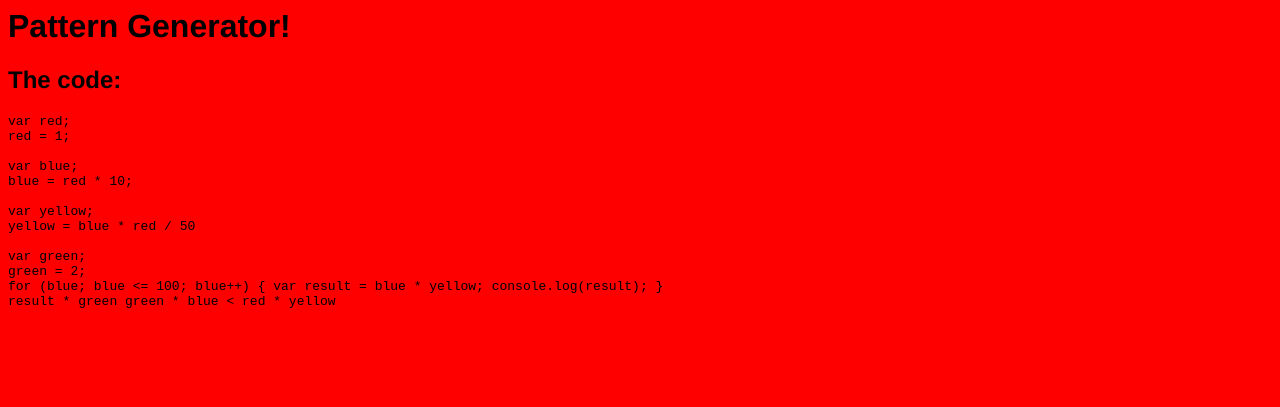
Repository: simonekurtz/simonekurtz.github.io
Page: 4ASGN_JAVA1/index.html
The author's editor kept a record of every edit. The page is drawn from the files as they stood at one moment, then again after the next edit.
The browser window is 1280 px wide. The pictures show the whole page.

Above is the page before.

### 4ASGN_JAVA1/index.html
<html>
    <head>
       <title>Pattern Generator!</title>
         <link rel="stylesheet" href="styles.css" href="pattern.js">
    </head>
    <body>
        <h1>Pattern Generator!</h1>
        <h2>The code:</h2>
        <p>
            <code>
                var red; <br>
                red = 1;
            <br>
            <br>
                var blue;<br>
                blue = red * 10;
            <br>
            <br>
                var yellow;<br>
                yellow = blue * red / 50
            <br>
            <br>
                var green; <br>
                green = 2;
            <br>
                for (blue; blue <= 100; blue++) {
                   var result = blue * yellow;
                   console.log(result);
                }
            <br>
                result * green
                green * blue < red * yellow
            </code>
        </p>
    </body>
</html>

### styles.css
body {
    background: red;
    font-family: helvetica;
    cursor: none;
}

.header {

}

After the next edit:
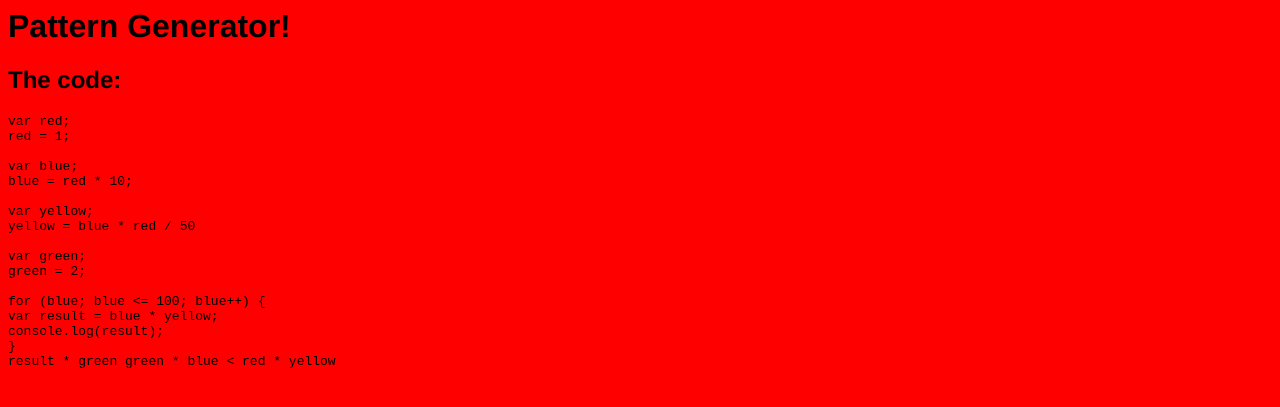
The edit:
--- a/4ASGN_JAVA1/index.html
+++ b/4ASGN_JAVA1/index.html
@@ -23,9 +23,10 @@
                 var green; <br>
                 green = 2;
             <br>
-                for (blue; blue <= 100; blue++) {
-                   var result = blue * yellow;
-                   console.log(result);
+            <br>
+                for (blue; blue <= 100; blue++) {<br>
+                   var result = blue * yellow;<br>
+                   console.log(result);<br>
                 }
             <br>
                 result * green
